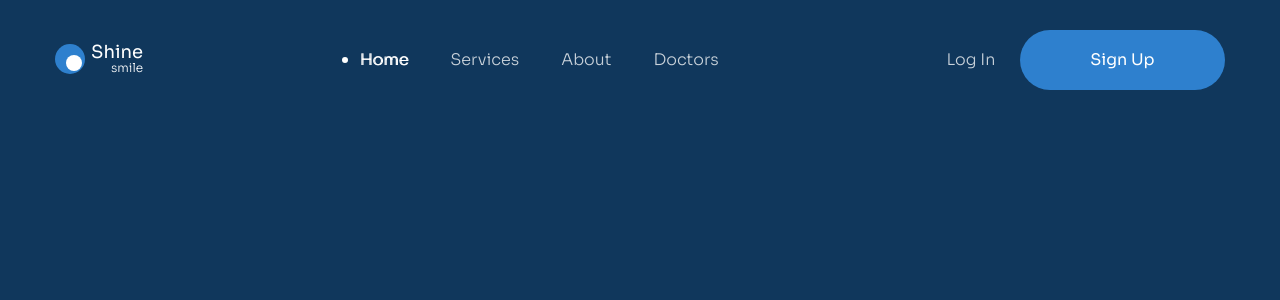
Repository: Tran-Dat/F8_Project_03
Page: index.html
These files come from the project's save history. The page is drawn as it stood at one moment and after the next save; the edit follows.
The browser window is 1280 px wide. The pictures show the whole page.

Above is the page before, as saved 2023-04-03 10:03:48.

After the next save:
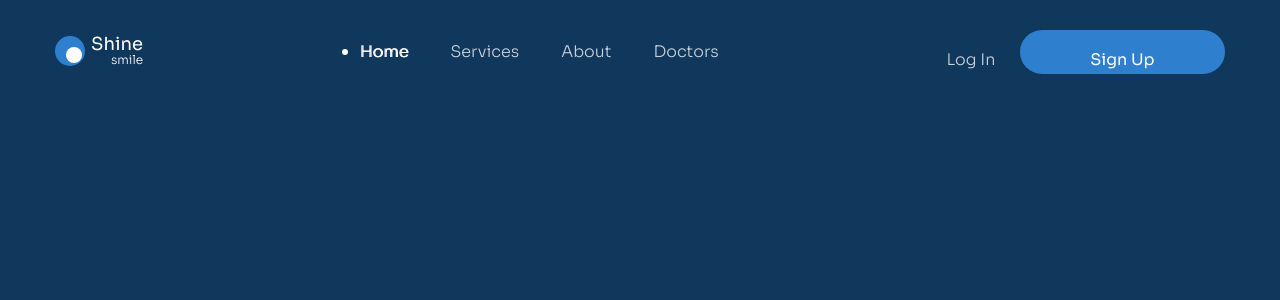
Saved 44 s later.
--- a/assets/css/style.css
+++ b/assets/css/style.css
@@ -133,3 +133,8 @@ a {
     border-radius: 50%;
     background-color: #fff;
 }
+
+.action__signup {
+    --height: 44px;
+    height: var(--height);
+}
